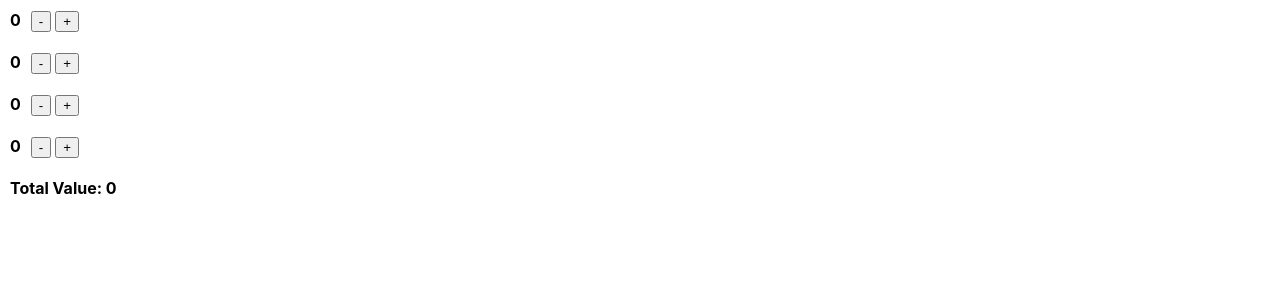
Repository: Fortune-Labs/Counter
Page: /
An editor plug-in stored every save of this project. The page is shown before and after the next save, followed by the edit.
The browser window is 1280 px wide. The pictures show the whole page.
The project was rebuilt for these pictures with package versions that can differ from the ones it lists, and the page was loaded fresh each time.

Above is the page before, as saved 2020-08-28 17:15:18.

### src/index.css
body {
  margin: 0;
  font-family: -apple-system, BlinkMacSystemFont, "Segoe UI", "Roboto", "Oxygen",
    "Ubuntu", "Cantarell", "Fira Sans", "Droid Sans", "Helvetica Neue",
    sans-serif;
  -webkit-font-smoothing: antialiased;
  -moz-osx-font-smoothing: grayscale;
}

code {
  font-family: source-code-pro, Menlo, Monaco, Consolas, "Courier New",
    monospace;
}

p {
  margin-bottom: 1rem;
}
.counter {
  padding: 10px;
}

.counter-controls {
  display: inline-block;
  margin-left: 10px;
}

button {
  margin-right: 4px;
}

ol.instructions {
  list-style-type: decimal;
  margin-left: 1rem;
  margin-top: 0.5rem;
}

li {
  margin-bottom: 1rem;
}

ol {
  margin-top: 0.5rem;
  margin-left: 2.5rem;
  list-style-type: decimal;
}

### src/App.js
import React, { Component } from "react";

// state data for 3 counters
// const data = [
//   { id: 1, value: 0 },
//   { id: 2, value: 0 },
//   { id: 3, value: 0 },
//   { id: 4, value: 0 },
// ];

//counter component
class Counter extends Component {
  onIncrement = (e) => {
    this.props.onIncrement(1);
  };

  onDecrement = () => {
    this.props.onIncrement(-1);
  };

  render() {
    const { value } = this.props;
    return (
      <div className="counter">
        <b>{value}</b>
        <div className="counter-controls">
          <button
            className="button is-danger is-small"
            onClick={this.onDecrement}
          >
            -
          </button>

          <button
            className="button is-success is-small"
            onClick={this.onIncrement}
          >
            +
          </button>
        </div>
      </div>
    );
  }
}

class Total extends Component {
  totalValue = () => this.props.getData.reduce((a, b) => a + b.value, 0);

  render() {
    return (
      <div className="counter">
        <b>Total Value: {this.totalValue()}</b>
      </div>
    );
  }
}

// class App extends Component
class App extends Component {
  constructor(props, context) {
    super(props, context);
    this.state = {
      data: [
        { id: 1, value: 0 },
        { id: 2, value: 0 },
        { id: 3, value: 0 },
        { id: 4, value: 0 },
      ],
    };
  }

  onIncrement = (counter, increment) => {
    const newValue = counter.value + increment;
    this.setState({
      data: data.map((item) => {
        item.value = item.id === counter.id ? newValue : item.value;
        return item;
      }),
    });
  };

  render() {
    const { data } = this.state;
    return (
      <div>
        {data.map((counter) => (
          <Counter
            key={counter.id}
            value={counter.value}
            onIncrement={this.onIncrement.bind(this, counter)}
          />
        ))}
        <Total getData={this.state.data} />
      </div>
    );
  }
}

export default App;

Loaded but not shown: public/index.html (common file); src/index.js (common file); src/serviceWorker.js (common file)

After the next save:
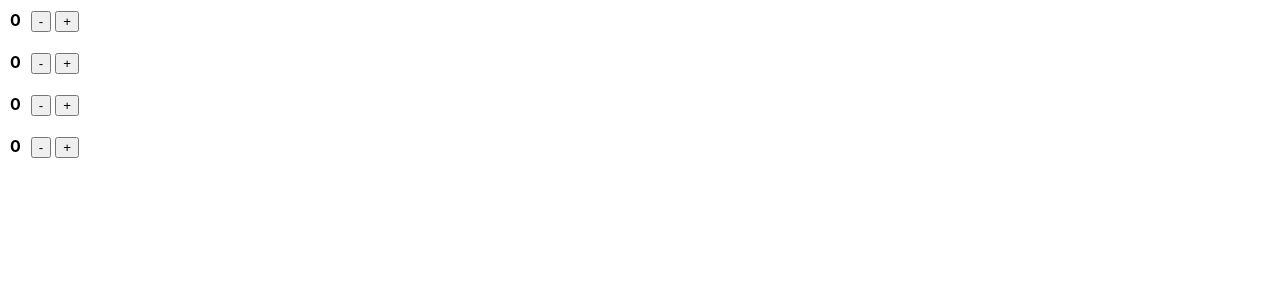
Saved 13 min 23 s later.
--- a/src/App.js
+++ b/src/App.js
@@ -1,12 +1,12 @@
 import React, { Component } from "react";
 
 // state data for 3 counters
-// const data = [
-//   { id: 1, value: 0 },
-//   { id: 2, value: 0 },
-//   { id: 3, value: 0 },
-//   { id: 4, value: 0 },
-// ];
+const data = [
+  { id: 1, value: 0 },
+  { id: 2, value: 0 },
+  { id: 3, value: 0 },
+  { id: 4, value: 0 },
+];
 
 //counter component
 class Counter extends Component {
@@ -47,6 +47,8 @@ class Total extends Component {
   totalValue = () => this.props.getData.reduce((a, b) => a + b.value, 0);
 
   render() {
+    // const { getData } = this.props;
+    // console.log(getData)
     return (
       <div className="counter">
         <b>Total Value: {this.totalValue()}</b>
@@ -90,7 +92,6 @@ class App extends Component {
             onIncrement={this.onIncrement.bind(this, counter)}
           />
         ))}
-        <Total getData={this.state.data} />
       </div>
     );
   }
